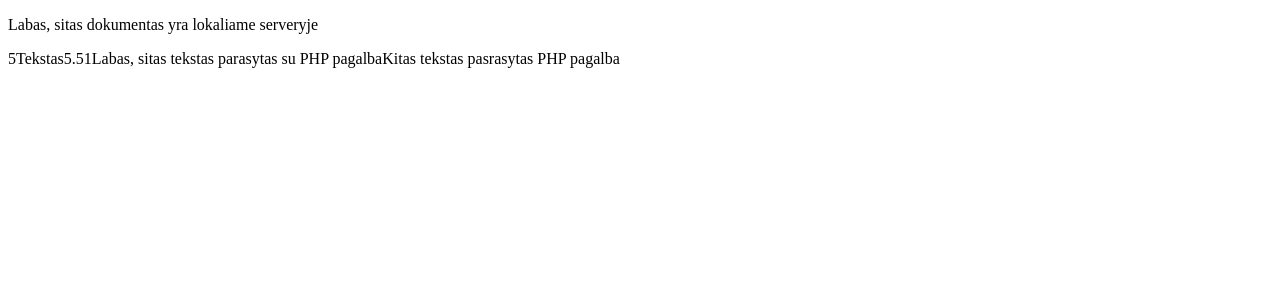
Repository: motiejus1/01-paskaita-PHP-05.31
Page: http://localhost/
The author's editor kept a copy of each file at every save. The page is drawn from the files as they stood at one save, then again after the next save.
The browser window is 1280 px wide. The pictures show the whole page.
The page is run by PHP 8.4 with error messages shown; the project is at /var/www/html/.

Above is the page before, as saved 2021-07-22 20:36:52.

### index.php
<!DOCTYPE html>
<html lang="en">
<head>
    <meta charset="UTF-8">
    <meta http-equiv="X-UA-Compatible" content="IE=edge">
    <meta name="viewport" content="width=device-width, initial-scale=1.0">
    <title>01-paskaita PHP</title>
    <style>
    </style>
</head>
<body>

    <!-- PHP koda -->

    <!-- dokumentas yra pavadintas index.html arba index.php -->

    <p>Labas, sitas dokumentas yra lokaliame serveryje</p>
    <?php
        //Kintamieji

        $skaicius = 5;
        $tekstas = "Tekstas";
        $sk = 5.5;
        $tiesa = true;
        $melas = false;


        echo $skaicius;
        echo $tekstas;
        echo $sk;
        echo $tiesa; //vizualiai nebus atvaizduojamas
        echo $melas; //vizualiai nebus atvaizduojamas

        echo "Labas, sitas tekstas parasytas su PHP pagalba";
        echo "Kitas tekstas pasrasytas PHP pagalba";
    ?>


    <script>

        var kintamasis;
        kintamasis = 5;
        "use strict";
        console.log("labas");
    </script>
</body>
</html>

After the next save:
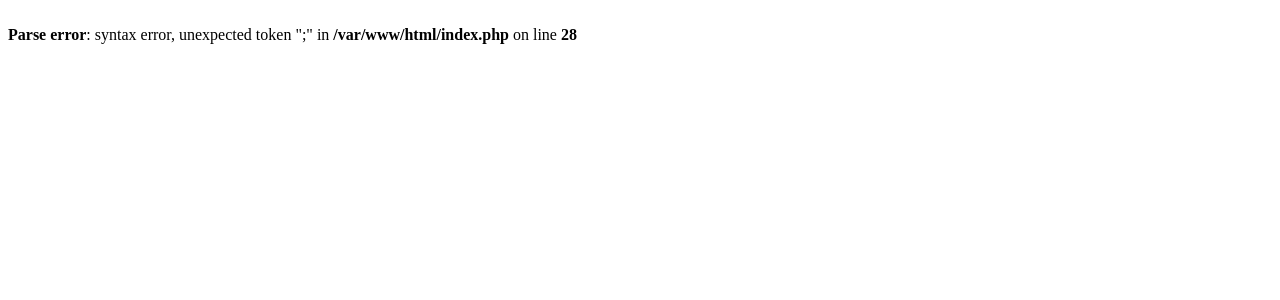
Saved 94 s later.
--- a/index.php
+++ b/index.php
@@ -25,7 +25,7 @@
         $melas = false;
 
 
-        echo $skaicius;
+        echo $skaicius,;
         echo $tekstas;
         echo $sk;
         echo $tiesa; //vizualiai nebus atvaizduojamas

After the save that followed:
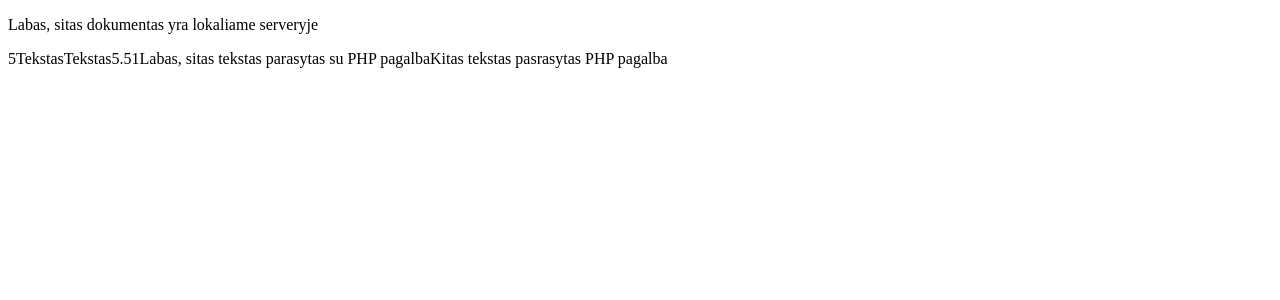
Saved 4 s later.
--- a/index.php
+++ b/index.php
@@ -25,7 +25,7 @@
         $melas = false;
 
 
-        echo $skaicius,;
+        echo $skaicius,$tekstas;
         echo $tekstas;
         echo $sk;
         echo $tiesa; //vizualiai nebus atvaizduojamas
